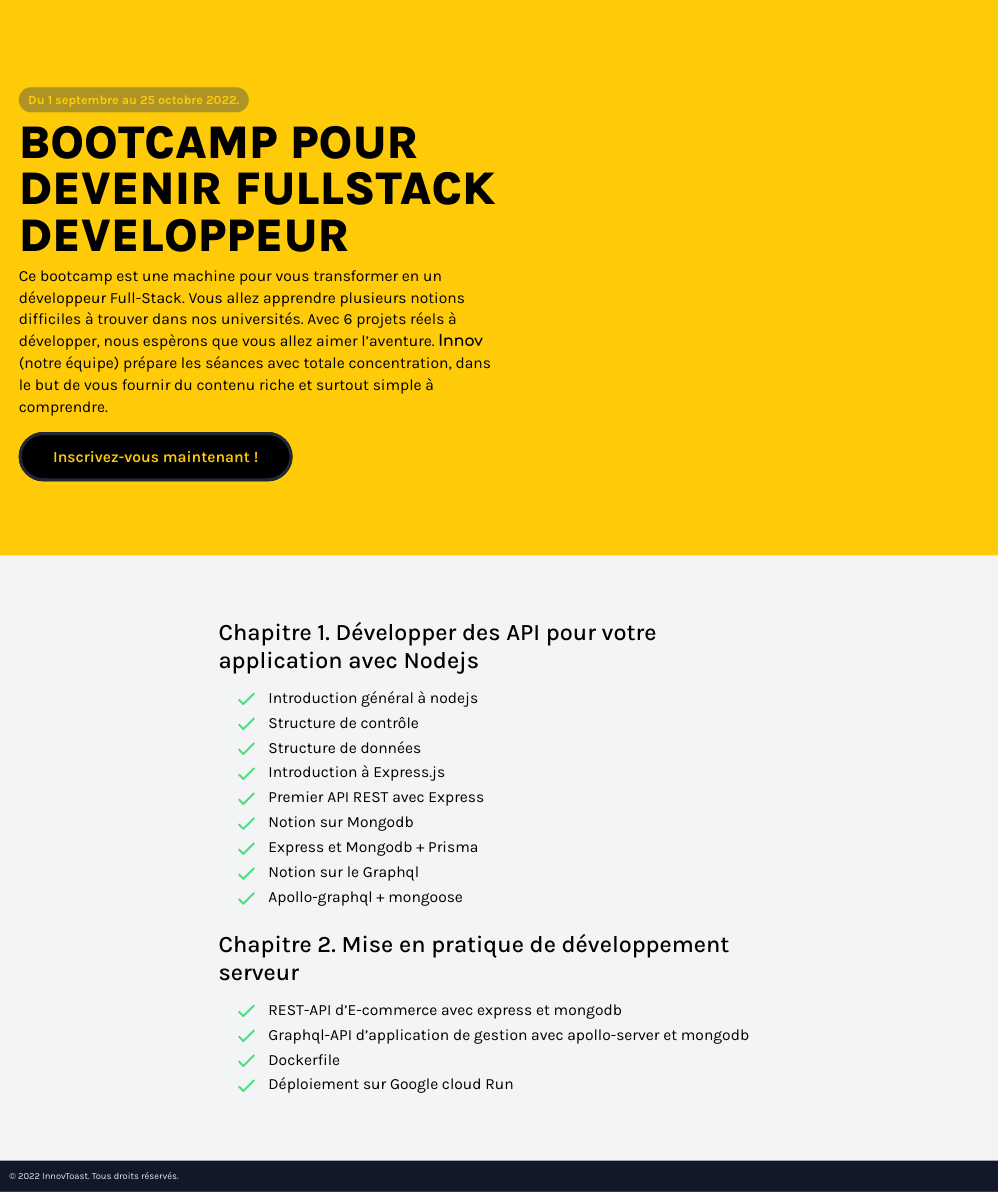
Repository: alfredlwanzo/course
Page: /
These files come from the project's save history. The page is drawn as it stood at one moment and after the next save; the edit follows.
The browser window is 1280 px wide. The pictures show the whole page, at 78% of full size.
The project was rebuilt for these pictures with package versions that can differ from the ones it lists, and the page was loaded fresh each time. The framework's server and built-in components were replaced by stand-ins that run in the browser. Also part of the build but not shown: next.config.js.

Above is the page before, as saved 2022-08-08 17:53:46.

After the next save:
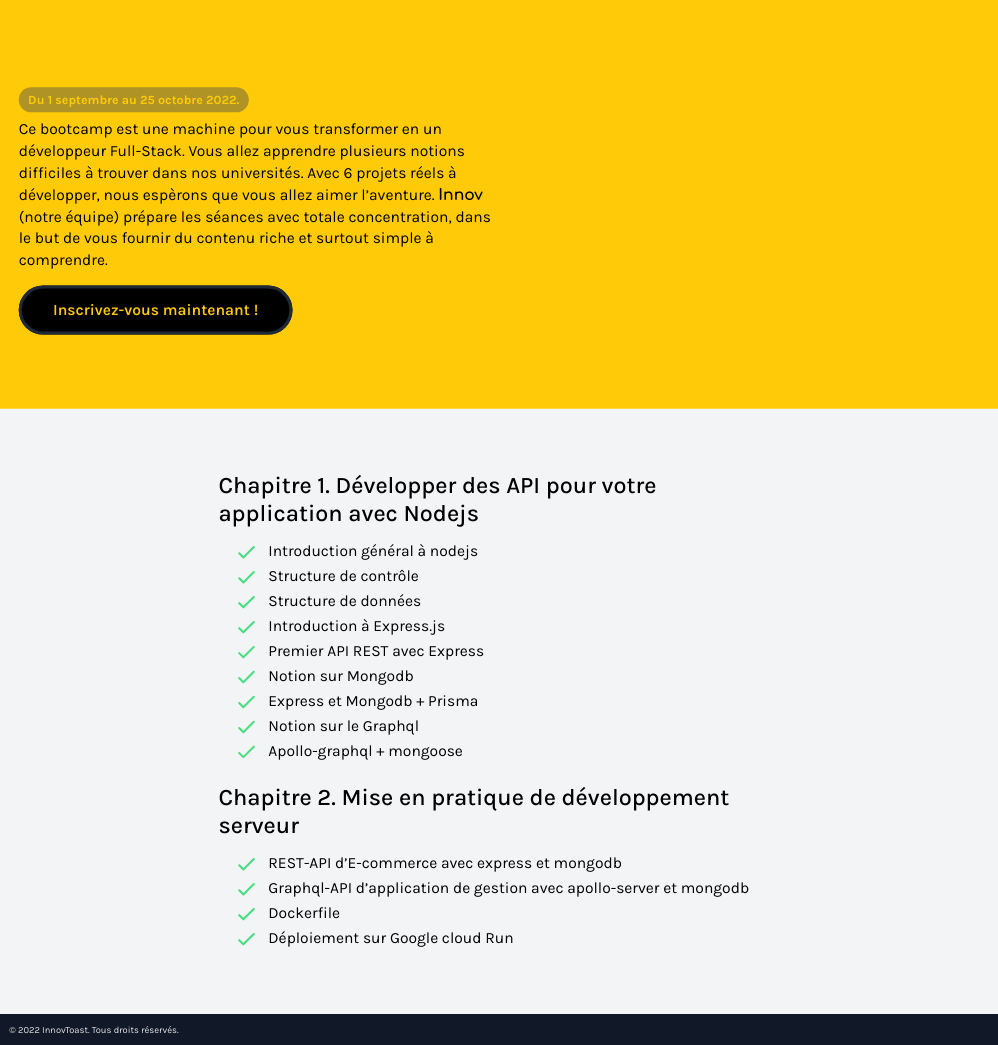
Saved 20 s later.
--- a/src/components/sections/Home.tsx
+++ b/src/components/sections/Home.tsx
@@ -12,9 +12,9 @@
               Du 1 septembre au 25 octobre 2022.
             </h6>
           </div>
-          <h1 className="text-6xl font-extrabold uppercase mt-2">
+          {/* <h1 className="text-6xl font-extrabold uppercase mt-2">
             Bootcamp pour devenir fullstack developpeur
-          </h1>
+          </h1> */}
           <p className="text-xl mt-2">
             Ce bootcamp est une machine pour vous transformer en un développeur
             Full-Stack. Vous allez apprendre plusieurs notions difficiles à

After the save that followed:
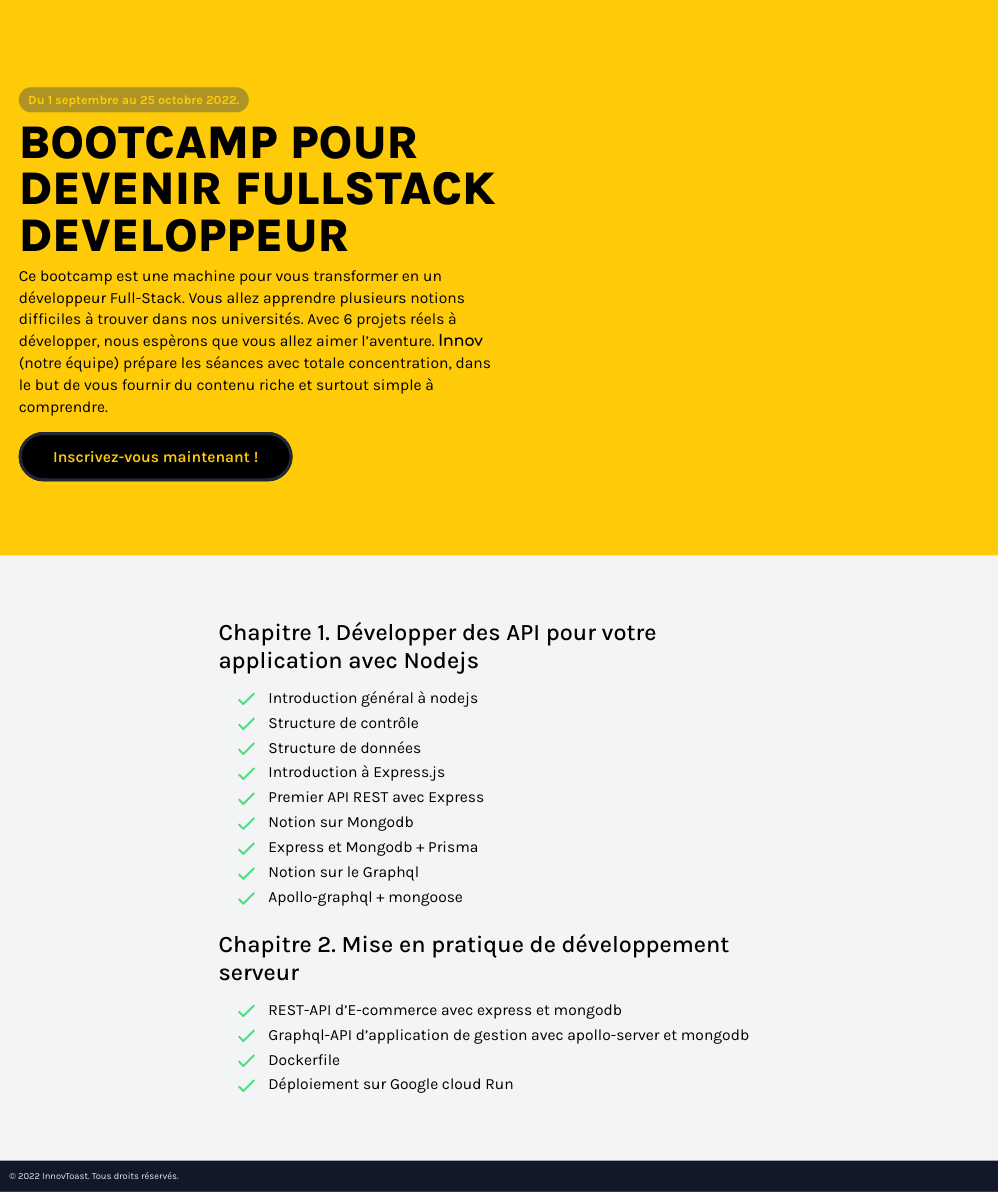
Saved 28 s later.
--- a/src/components/sections/Home.tsx
+++ b/src/components/sections/Home.tsx
@@ -12,9 +12,9 @@
               Du 1 septembre au 25 octobre 2022.
             </h6>
           </div>
-          {/* <h1 className="text-6xl font-extrabold uppercase mt-2">
+          <h1 className="text-6xl font-extrabold uppercase mt-2">
             Bootcamp pour devenir fullstack developpeur
-          </h1> */}
+          </h1>
           <p className="text-xl mt-2">
             Ce bootcamp est une machine pour vous transformer en un développeur
             Full-Stack. Vous allez apprendre plusieurs notions difficiles à
